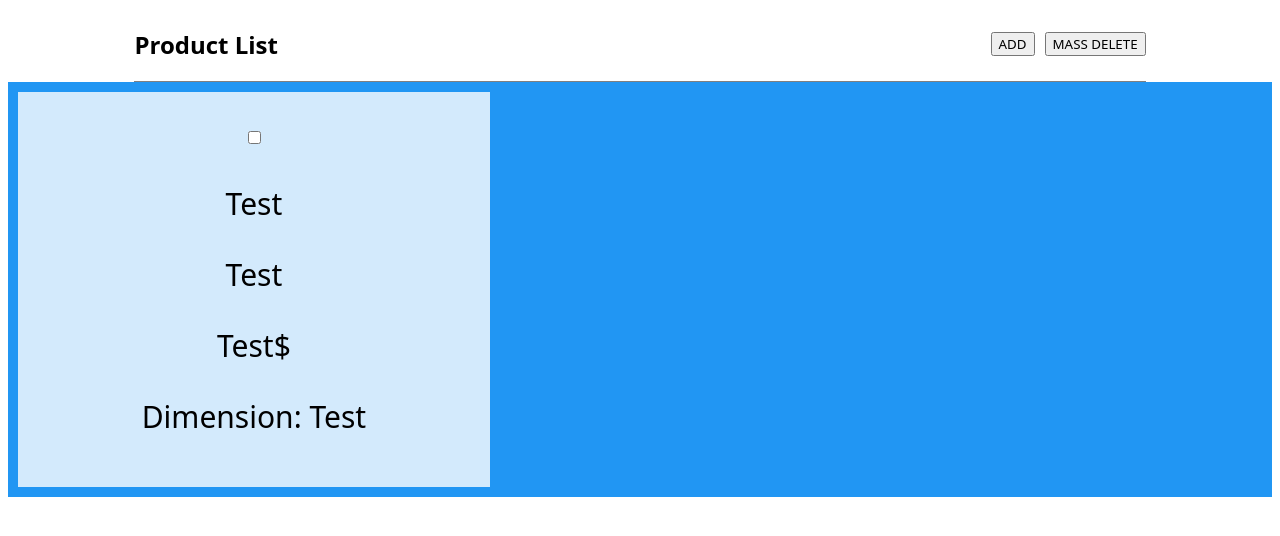
Repository: gabyto19/scandiweb
Page: http://localhost/
An editor plug-in stored every save of this project. The page is shown before and after the next save, followed by the edit.
The browser window is 1280 px wide. The pictures show the whole page.
The page is run by PHP 8.4 with error messages shown; the project is at /var/www/html/.

Above is the page before, as saved 2023-03-07 18:27:36.

### index.php
<!DOCTYPE html>
<html lang="en">

<head>
  <meta charset="UTF-8" />
  <meta name="viewport" content="width=device-width, initial-scale=1.0" />
  <title>Vue Basics</title>
  <link href="https://fonts.googleapis.com/css2?family=Jost:wght@400;700&display=swap" rel="stylesheet" />
  <link rel="stylesheet" href="styles.css" />
  <script src="https://unpkg.com/vue@next" defer></script>
  <script src="https://unpkg.com/vue@3/dist/vue.global.js"></script>
</head>

<body>
  <section id="app">
    <nav>
      <h2>Product List</h2>
      <div class="rightButtons">
        <button><a style="text-decoration: none; color: black" href="addPage.php">ADD</a>
        </button>
        <button class="delete-checkbox" id="delete-product-btn">MASS DELETE</button>
      </div>
    </nav>


    <div class="grid-container">
      <div>
        <input type="checkbox" id="delete-checkbox" class="delete-checkbox" />
        <p>Test</p>
        <p>Test</p>
        <p>Test$</p>
        <p>Dimension: Test</p>
      </div>
    </div>
  </section>

  <script src="https://unpkg.com/vue@3/dist/vue.global.js"></script>
  <script src="index.js"></script>

</body>

</html>
<style scoped>
  .rightButtons button:first-child {
    margin-right: 10px;
  }

  .grid-container {
    display: grid;
    grid-template-columns: auto auto auto auto;
    gap: 10px;
    background-color: #2196F3;
    padding: 10px;
  }

  .grid-container>div {
    background-color: rgba(255, 255, 255, 0.8);
    text-align: center;
    padding: 20px 0;
    font-size: 30px;
  }
</style>

### styles.css
nav {
    width: 80%;
    display: flex;
    justify-content: space-between;
    align-items: center;
    margin: auto;
    border-bottom: solid 1px gray;
  }

  * {
    font-family: system-ui;
  }

### index.js
Vue.createApp({
  data() {
    return {
      sku:"",
      name:"",
      price:"",
      dimension:"",
    };
  },
}).mount("#app");

After the next save:
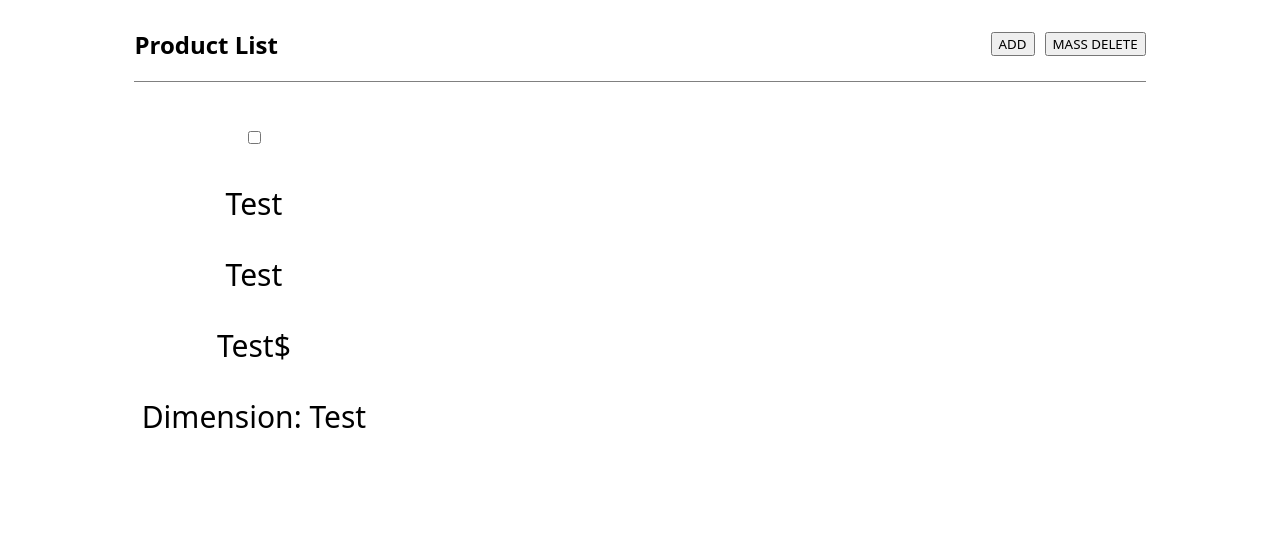
Saved 29 s later.
--- a/index.php
+++ b/index.php
@@ -49,7 +49,6 @@
     display: grid;
     grid-template-columns: auto auto auto auto;
     gap: 10px;
-    background-color: #2196F3;
     padding: 10px;
   }
 
